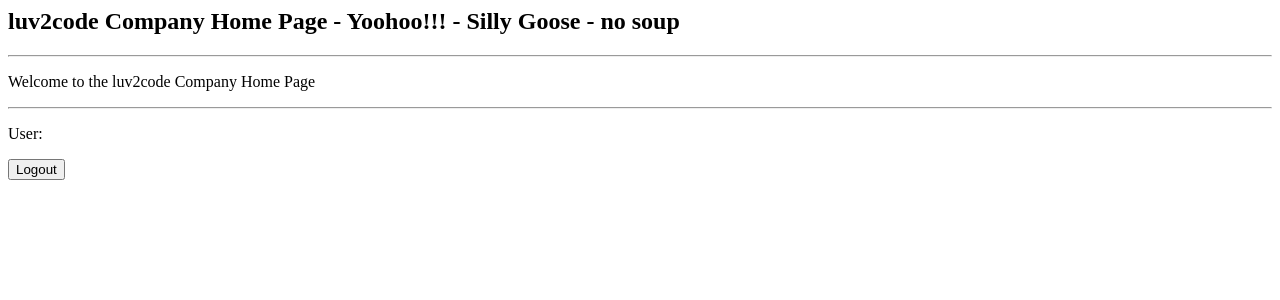
Repository: dchan98/spring-security-demo
Page: http://localhost/spring-security-demo-07-user-roles/WEB-INF/view/home.jsp
An editor plug-in stored every save of this project. The page is shown before and after the next save, followed by the edit.
The browser window is 1280 px wide. The pictures show the whole page.
The page is served by Tomcat 9. Nobody is signed in. The template is opened directly, without the code that normally fills it, so the values that code supplies are empty.

Above is the page before, as saved 2019-02-07 01:14:31.

After the next save:
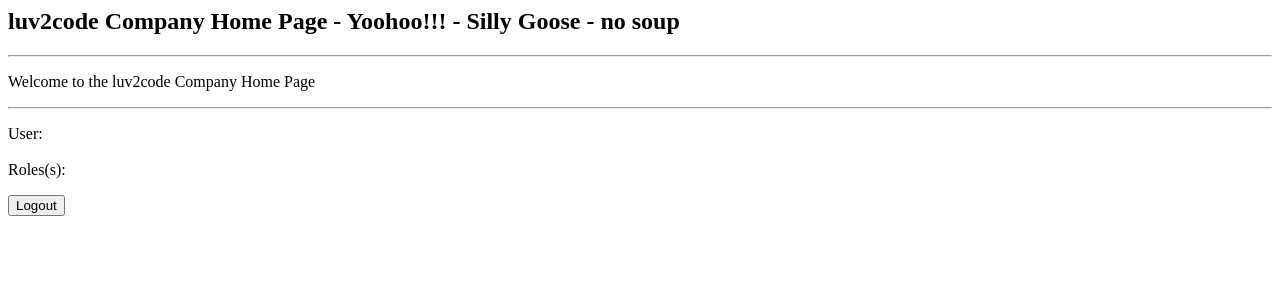
Saved 27 s later.
--- a/spring-security-demo-starter/spring-security-demo-07-user-roles/src/main/webapp/WEB-INF/view/home.jsp
+++ b/spring-security-demo-starter/spring-security-demo-07-user-roles/src/main/webapp/WEB-INF/view/home.jsp
@@ -18,6 +18,8 @@
 	<!-- display user name and role -->
 	<p>
 		User: <security:authentication property="principal.username" />
+		<br><br>
+		Roles(s): <security:authentication property="principal.authorities" />
 	</p>
 	</hr>
 
